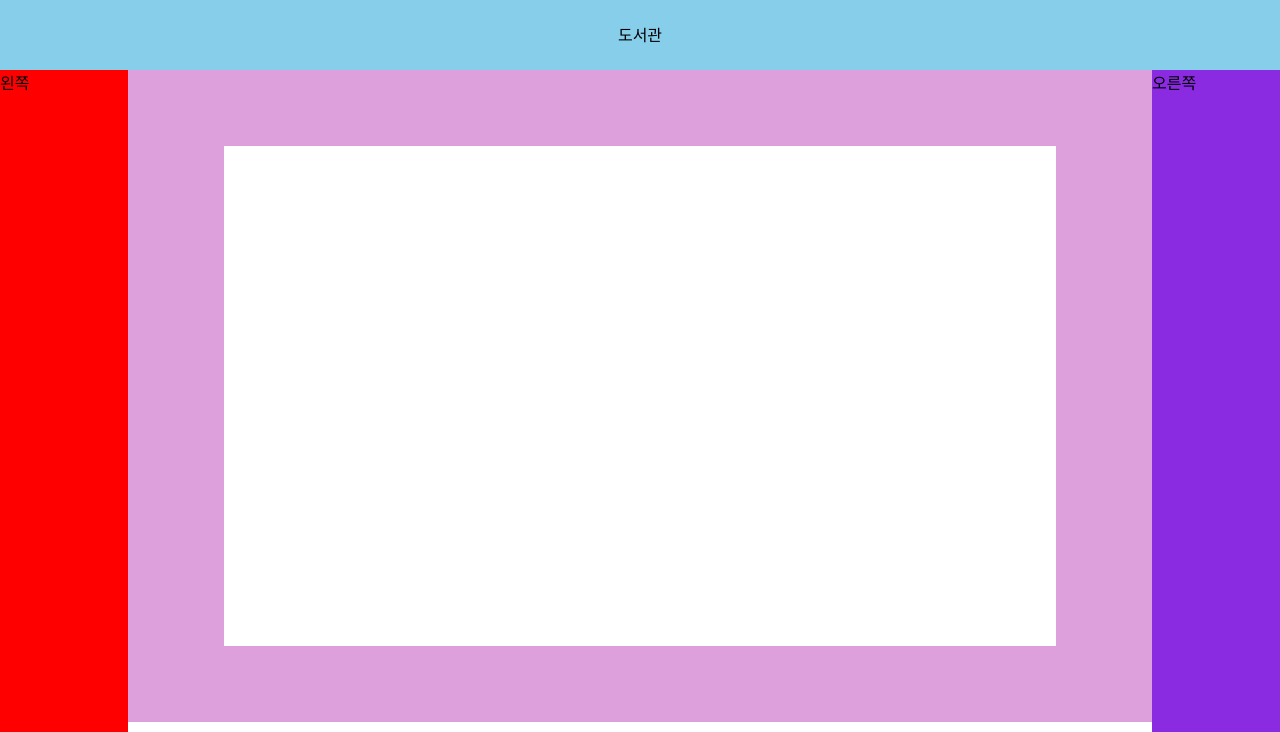
Repository: sojihwan/API_-Multi
Page: / (app in API/)
An editor plug-in stored every save of this project. The page is shown before and after the next save, followed by the edit.
The browser window is 1280 px wide. The pictures show the whole page.
The project was rebuilt for these pictures with package versions that can differ from the ones it lists, and the page was loaded fresh each time. Also part of the build but not shown: API/src/App.css.

Above is the page before, as saved 2022-05-24 15:30:45.

After the next save:
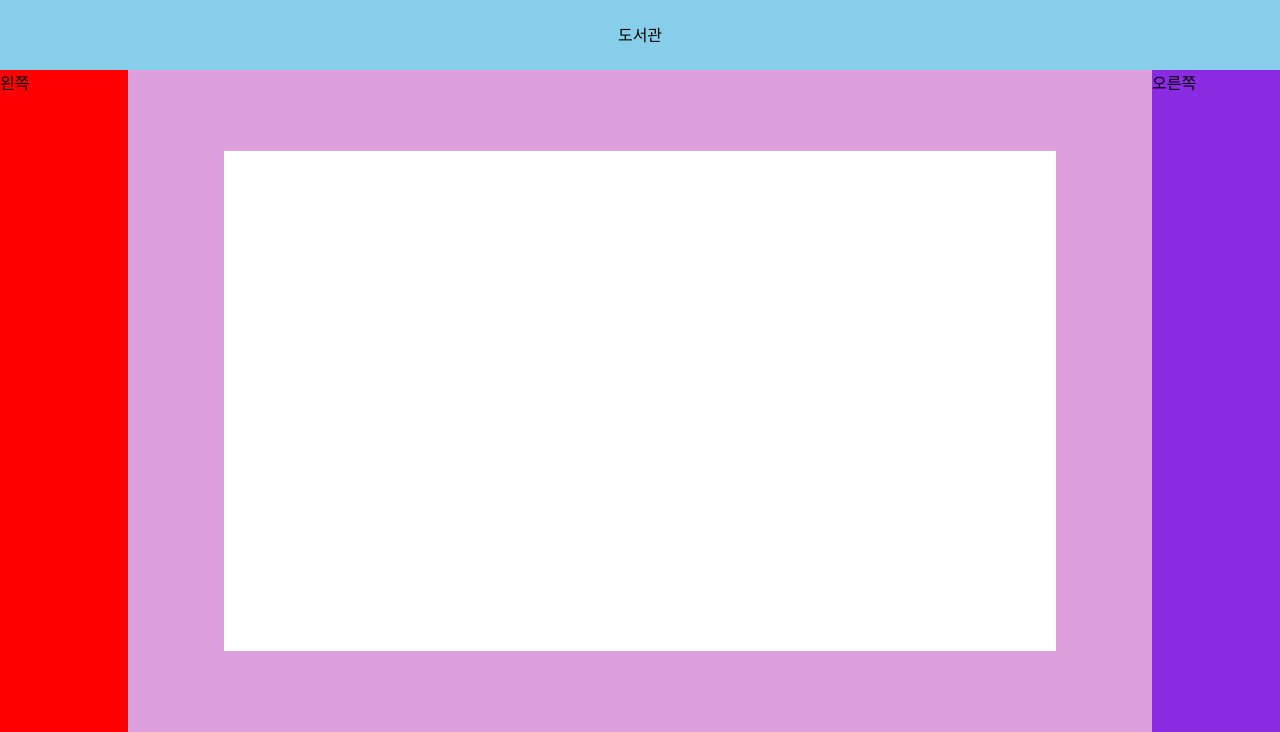
Saved 7 s later.
--- a/API/src/Layout/layout.css
+++ b/API/src/Layout/layout.css
@@ -26,7 +26,7 @@ main {
   display: flex;
   justify-content: center;
   align-items: center;
-  min-height: 90.6vh;
+  min-height: 91.9vh;
   background: plum;
 }
 
